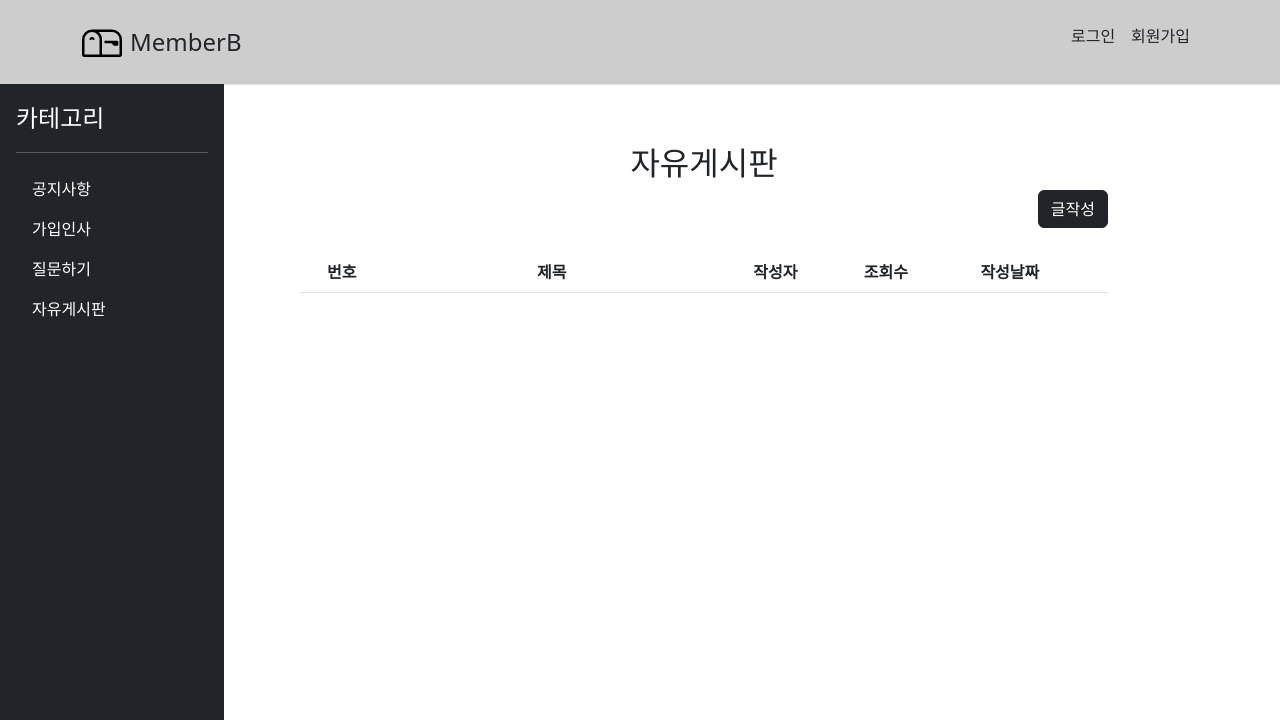
Repository: charmErin/board_220915
Page: http://localhost/board/WEB-INF/views/board/list.jsp
An editor plug-in stored every save of this project. The page is shown before and after the next save, followed by the edit.
The browser window is 1280 px wide. The pictures show the whole page.
The page is served by Tomcat 9. Nobody is signed in. The template is opened directly, without the code that normally fills it, so the values that code supplies are empty.

Above is the page before, as saved 2022-09-16 07:59:59.

After the next save:
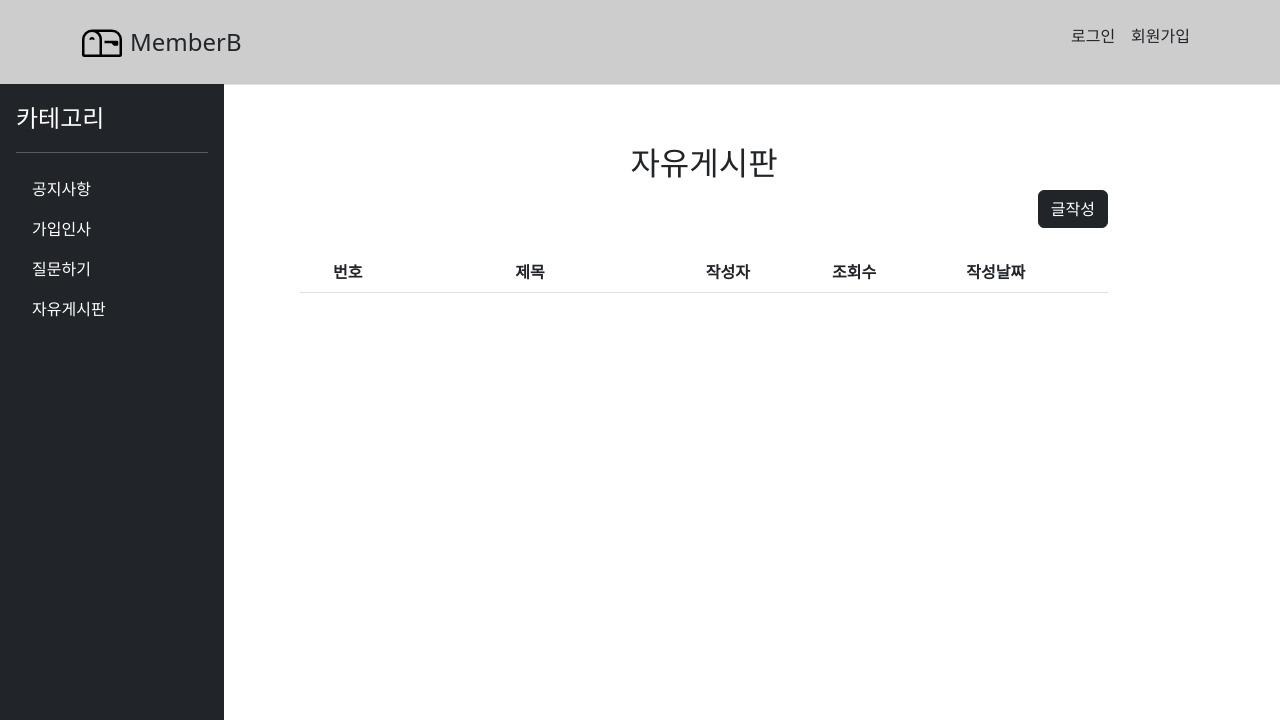
Saved 6 min 7 s later.
--- a/board/src/main/webapp/WEB-INF/views/board/list.jsp
+++ b/board/src/main/webapp/WEB-INF/views/board/list.jsp
@@ -63,7 +63,7 @@
 		<table class="table table-hover">
 			<tr>
 				<th scope="row">번호</th>
-				<th scope="row" class="col-5">제목</th>
+				<th scope="row" class="col-4">제목</th>
 				<th scope="row">작성자</th>
 				<th scope="row">조회수</th>
 				<th scope="row">작성날짜</th>
